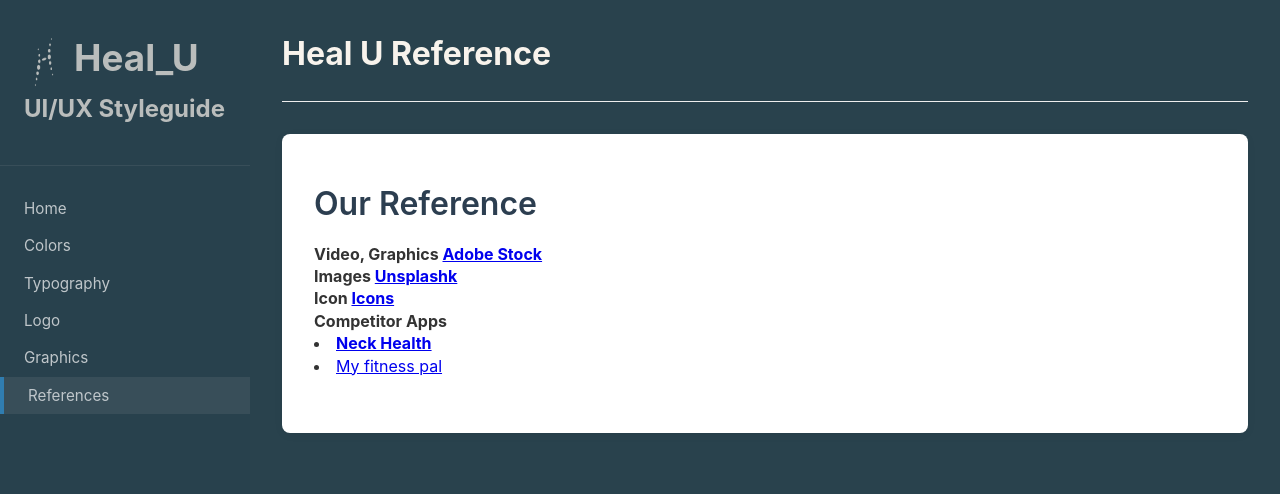
Repository: rosielee09/Heal_U
Page: references.html
These files come from the project's save history. The page is drawn as it stood at one moment and after the next save; the edit follows.
The browser window is 1280 px wide. The pictures show the whole page.

Above is the page before, as saved 2025-04-06 13:02:37.

After the next save:
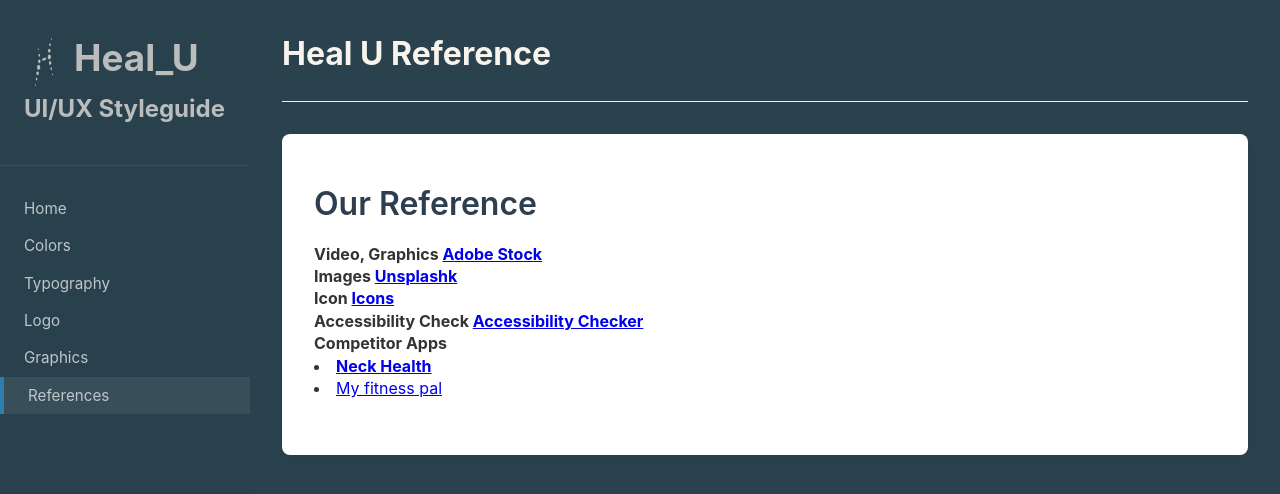
Saved 38 s later.
--- a/references.html
+++ b/references.html
@@ -47,6 +47,8 @@
                             <a href="https://unsplash.com/ko" class="reference-link">Unsplashk</a></h4>
                     <h4 class="reference--list">Icon
                         <a href="https://icons8.com/" class="reference-link">Icons</a></h4>
+                        <h4 class="reference--list">Accessibility Check
+                            <a href="https://www.accessibilitychecker.org/color-contrast-checker/" class="reference-link">Accessibility Checker</a></h4>
                     <h4 class="reference--list">Competitor Apps
                          <li> <a href="https://play.google.com/store/apps/details?id=melstudio.mneck&hl=en&pli=1" class="reference-link">Neck Health</a></h4></li>
                          <li> <a href="https://www.myfitnesspal.com/" class="reference-link">My fitness pal</a></h4></li>
